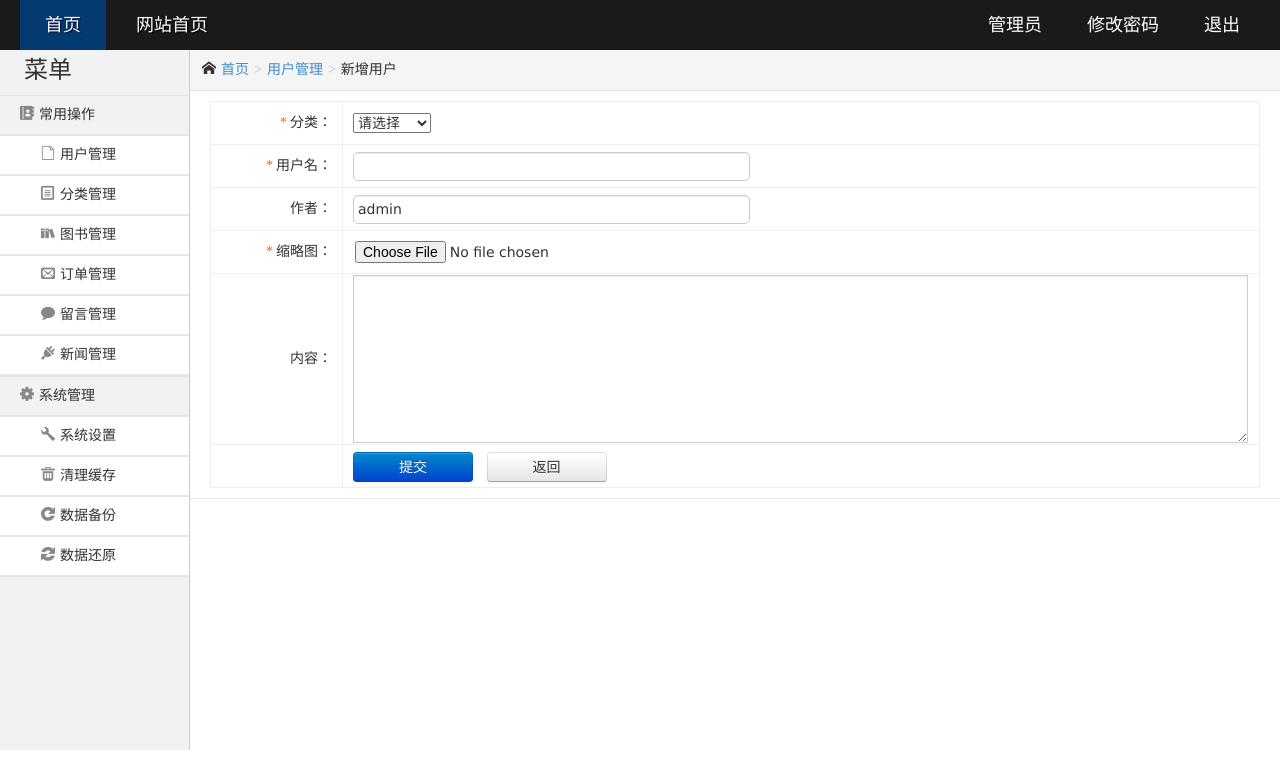
Repository: tianxiaohuahua/liuzhishop
Page: http://localhost/liuzhishop/manage/admin_useradd.jsp
These files come from the project's save history. The page is drawn as it stood at one moment and after the next save; the edit follows.
The browser window is 1280 px wide. The pictures show the whole page.
The page is served by Tomcat 9.

Above is the page before, as saved 2021-02-21 12:01:53.

After the next save:
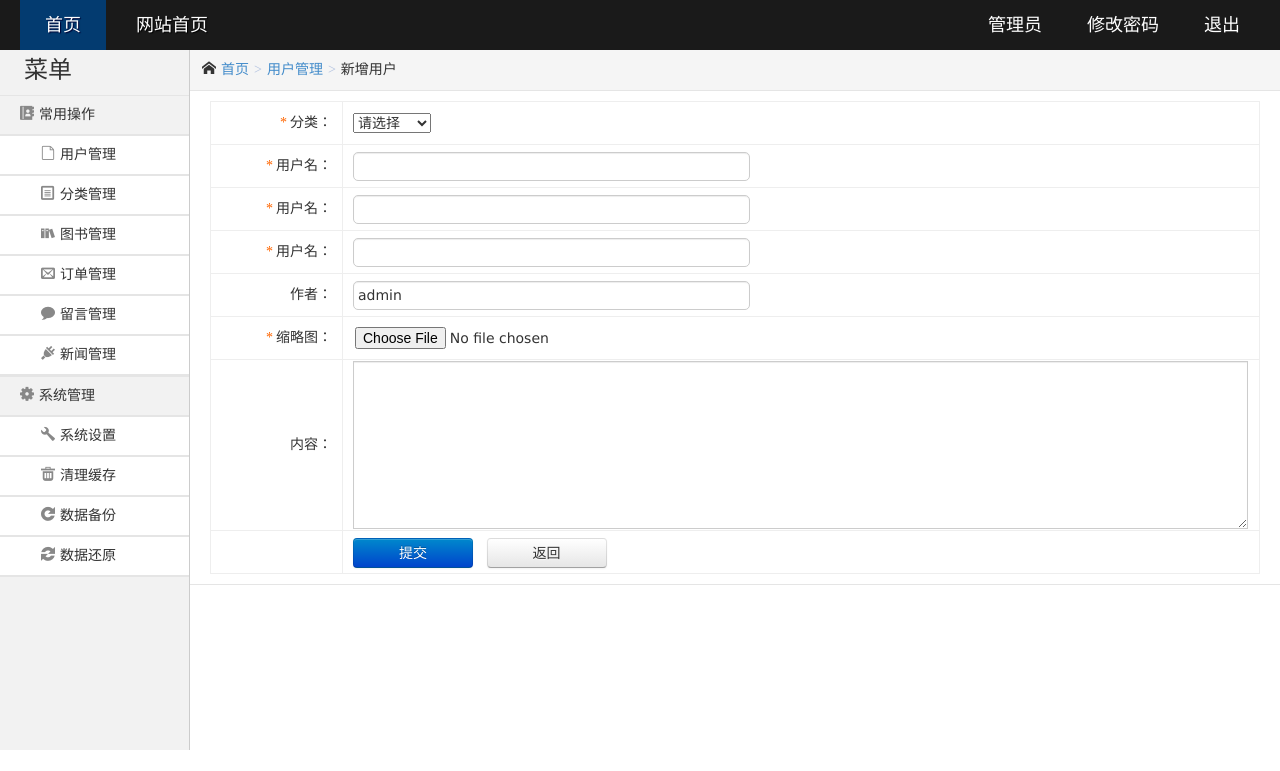
Saved 5 min 59 s later.
--- a/liuzhishop/WebContent/manage/admin_useradd.jsp
+++ b/liuzhishop/WebContent/manage/admin_useradd.jsp
@@ -20,10 +20,24 @@
                                 </select>
                             </td>
                         </tr>
+
                             <tr>
                                 <th><i class="require-red">*</i>用户名：</th>
                                 <td>
-                                    <input class="common-text required" id="title" name="title" size="50" value="" type="text">
+                                    <input class="common-text required" id="title" name="username" size="50" value="" type="text">
+                                </td>
+                            </tr>
+                            <tr>
+                                <th><i class="require-red">*</i>用户名：</th>
+                                <td>
+                                    <input class="common-text required" id="title" name="username" size="50" value="" type="text">
+                                </td>
+                            </tr>
+
+                            <tr>
+                                <th><i class="require-red">*</i>用户名：</th>
+                                <td>
+                                    <input class="common-text required" id="title" name="username" size="50" value="" type="text">
                                 </td>
                             </tr>
                             <tr>
